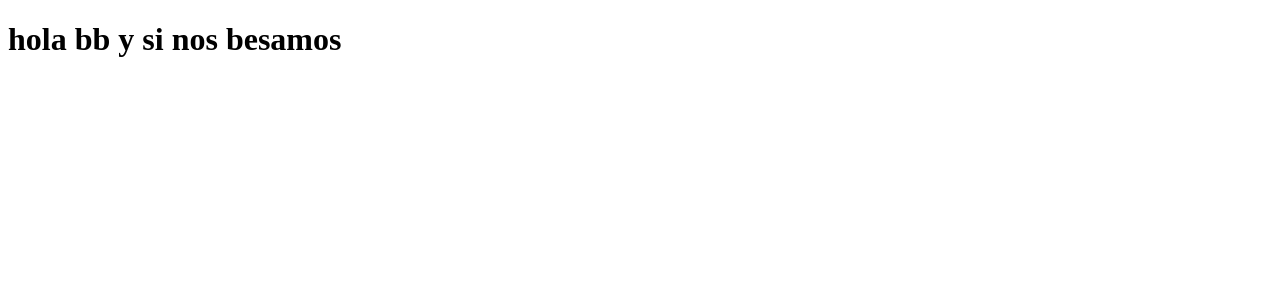
Repository: lim0nin/Web
Page: web.html
These files come from the project's save history. The page is drawn as it stood at one moment and after the next save; the edit follows.
The browser window is 1280 px wide. The pictures show the whole page.

Above is the page before, as saved 2024-05-10 22:22:22.

After the next save:
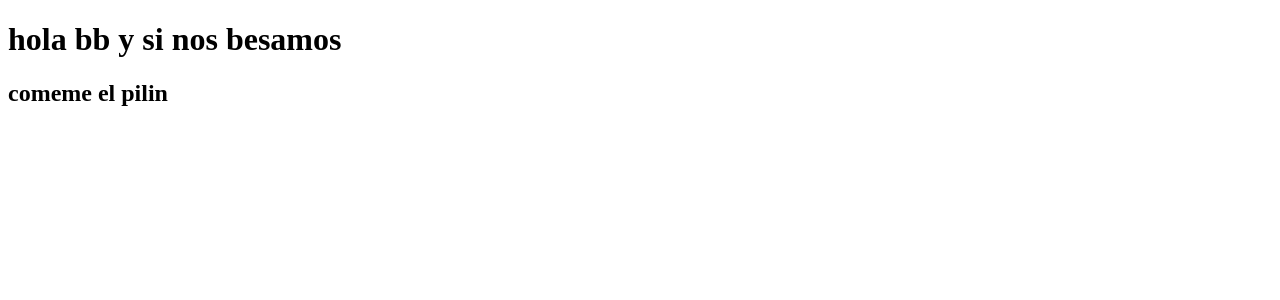
Saved 4 days later.
--- a/web.html
+++ b/web.html
@@ -8,6 +8,9 @@
             <h1>
                 hola bb y si nos besamos
             </h1>
+            <h2>
+                comeme el pilin
+            </h2>
         </div>
     </body>
 </html>
